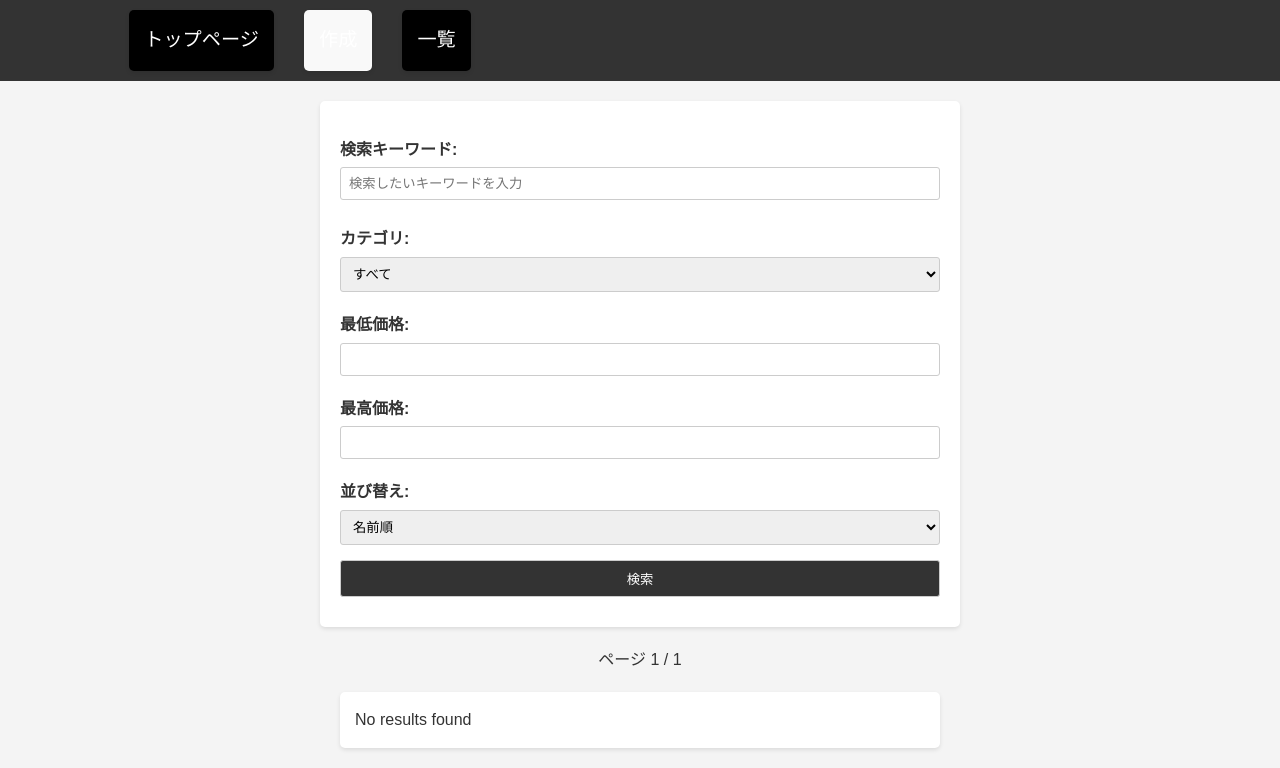
Repository: mamesuke7274/2024_kouki_kuwayamasyoutarou
Page: http://localhost/
These files come from the project's save history. The page is drawn as it stood at one moment and after the next save; the edit follows.
The browser window is 1280 px wide. The pictures show the whole page.
The page is served by the project's application, run on Django 4.2 (manage.py). Queries for data that is not in the repository find no rows.

Above is the page before, as saved 2024-10-26 10:54:54.

After the next save:
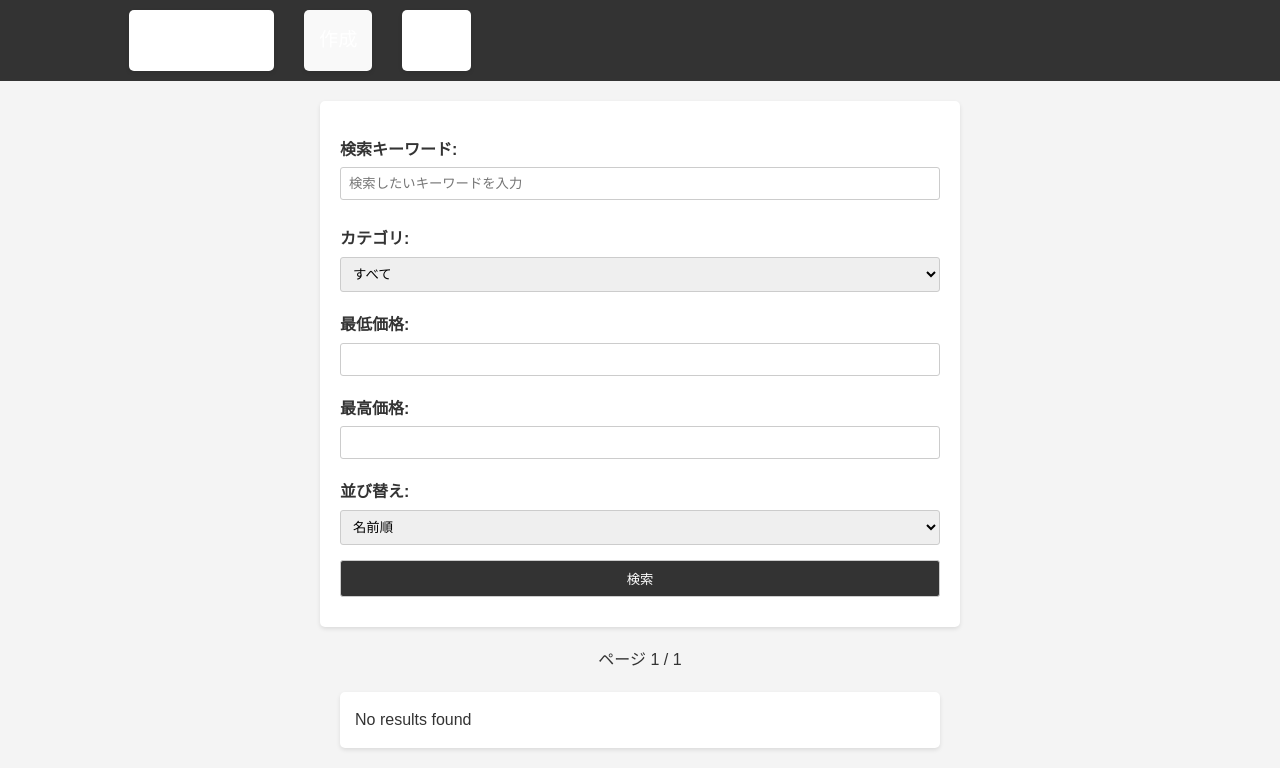
Saved 20 s later.
--- a/search_app/templates/search.html
+++ b/search_app/templates/search.html
@@ -138,7 +138,8 @@
         }
 
         .nave{
-            background-color: #000;
+            bac
+            kground-color: #000;
         }
     </style>
     <header>

After the save that followed:
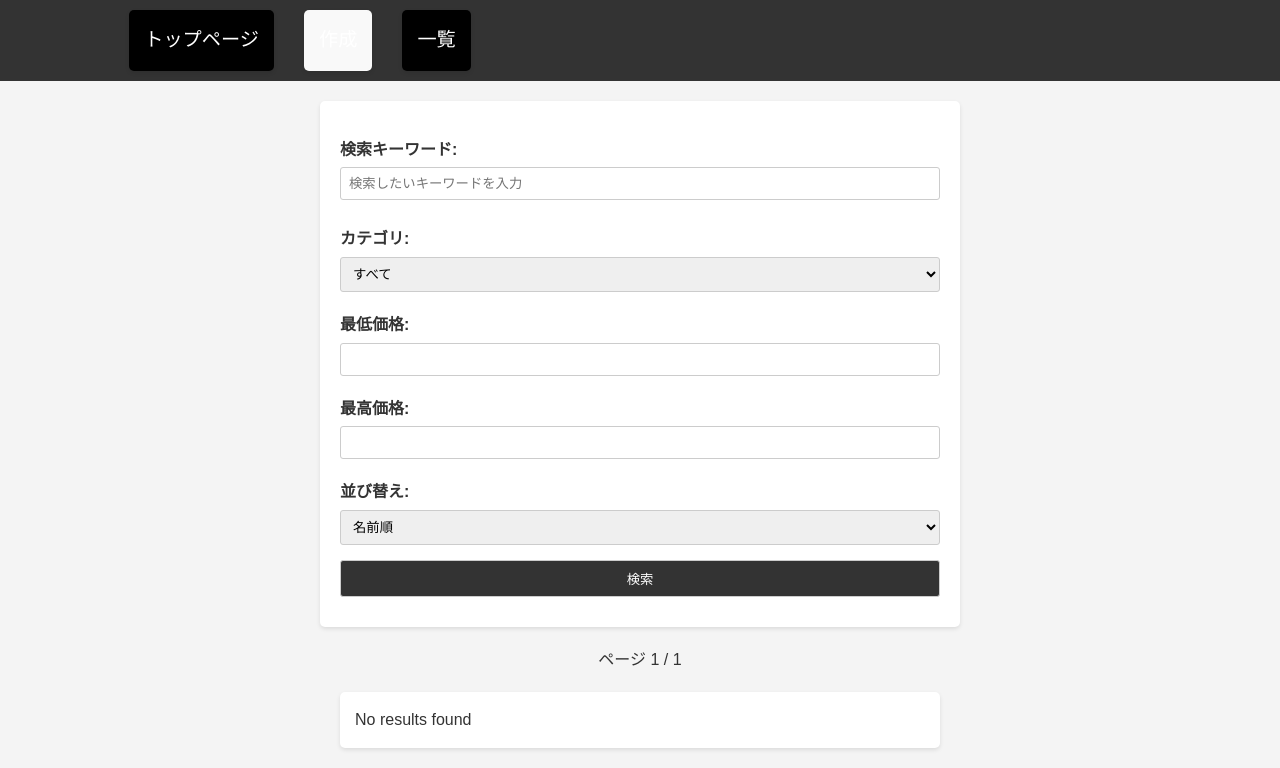
Saved 18 s later.
--- a/search_app/templates/search.html
+++ b/search_app/templates/search.html
@@ -138,8 +138,7 @@
         }
 
         .nave{
-            bac
-            kground-color: #000;
+            background-color: #000;
         }
     </style>
     <header>
